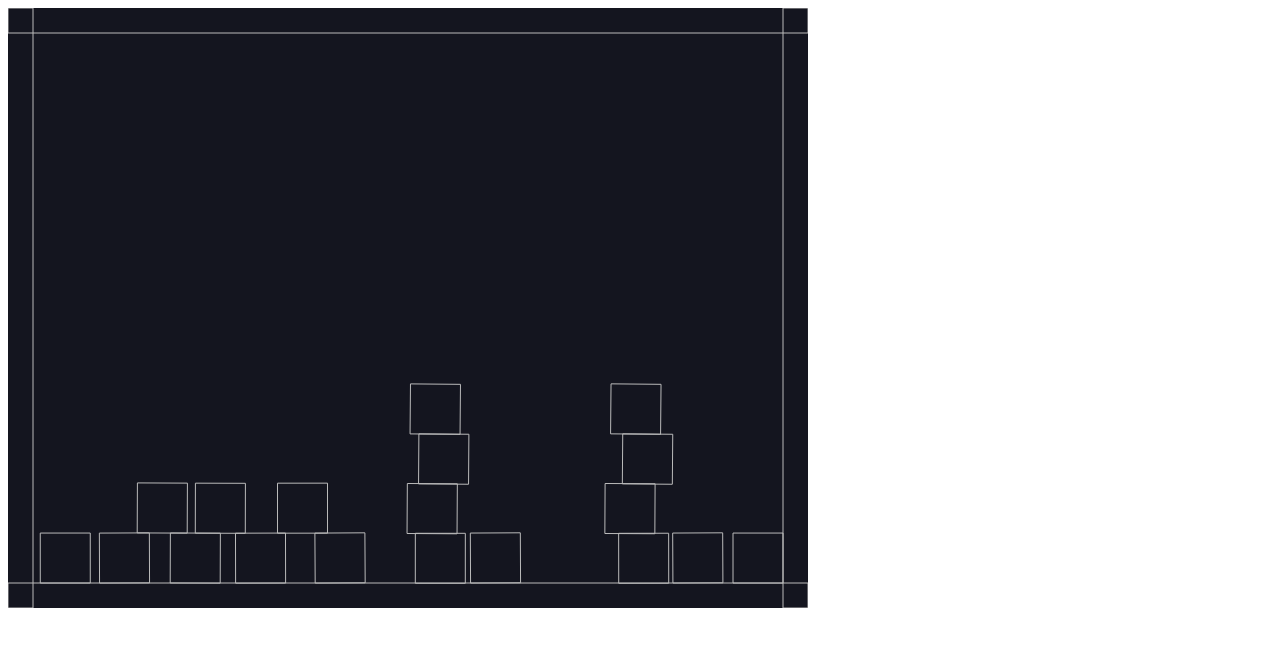
Repository: Sbethm/maze-runner
Page: index.html
These files come from the project's save history. The page is drawn as it stood at one moment and after the next save; the edit follows.
The browser window is 1280 px wide. The pictures show the whole page.
Some web libraries are served in a nearby version.

Above is the page before, as saved 2021-10-01 16:11:04.

### index.html
<!DOCTYPE html>
<html lang="en">
<head>
    <meta charset="UTF-8">
    <meta http-equiv="X-UA-Compatible" content="IE=edge">
    <meta name="viewport" content="width=device-width, initial-scale=1.0">
    <script src="https://cdnjs.cloudflare.com/ajax/libs/matter-js/0.17.1/matter.min.js"></script>
    <title>Maze Runner</title>
</head>
<body>

    <script src="app.js"></script>
</body>
</html>

### app.js
const { Engine, World, Runner, Render, Bodies, MouseConstraint, Mouse} = Matter;

const engine = Engine.create();
const {world} = engine;
const render = Render.create({
    element: document.body,
    engine: engine,
    options: {
        width: 800,
        height: 600
    }
});
Render.run(render);
Runner.run(Runner.create(), engine);

World.add(world, MouseConstraint.create(engine, {
    mouse: Mouse.create(render.canvas)
}));

//====== Shapes
const shape = [
    Bodies.rectangle(50, 200, 50, 50),
    Bodies.rectangle(100, 200, 50, 50),
    Bodies.rectangle(120, 200, 50, 50),
    Bodies.rectangle(450, 200, 50, 50),
    Bodies.rectangle(430, 200, 50, 50),
    Bodies.rectangle(430, 200, 50, 50),
    Bodies.rectangle(430, 200, 50, 50),
    Bodies.rectangle(430, 200, 50, 50),
    Bodies.rectangle(633, 200, 50, 50),
    Bodies.rectangle(630, 200, 50, 50),
    Bodies.rectangle(630, 200, 50, 50),
    Bodies.rectangle(630, 200, 50, 50),
    Bodies.rectangle(630, 200, 50, 50),
    Bodies.rectangle(750, 200, 50, 50),
    Bodies.rectangle(200, 200, 50, 50),
    Bodies.rectangle(200, 200, 50, 50),
    Bodies.rectangle(200, 200, 50, 50),
    Bodies.rectangle(200, 200, 50, 50),
    Bodies.rectangle(200, 200, 50, 50),
]

//====== Walls
const walls = [
    Bodies.rectangle(400, 0, 800, 50, {isStatic: true}),
    Bodies.rectangle(800, 300, 50, 600, {isStatic: true}),
    Bodies.rectangle(400, 600, 800, 50, {isStatic: true}),
    Bodies.rectangle(0, 300, 50, 600, {isStatic: true})
];


World.add(world, shape);
World.add(world, walls);

After the next save:
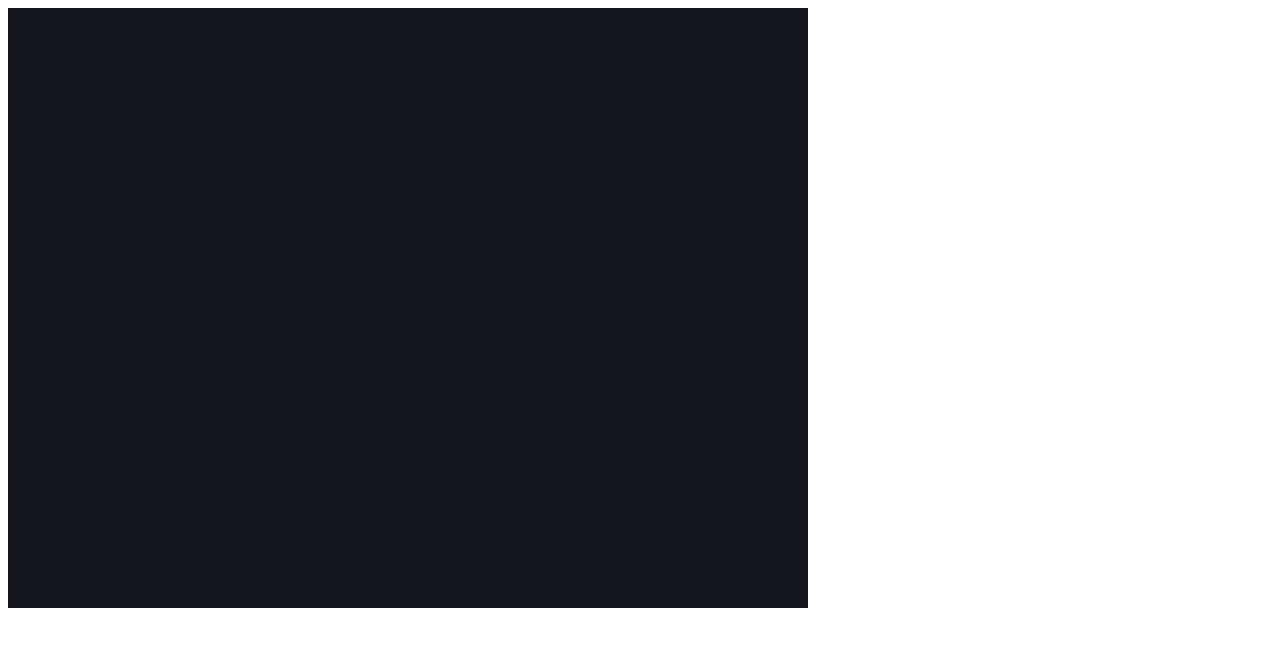
Console error: TypeError: Bodies.ci is not a function
Saved 48 s later.
--- a/app.js
+++ b/app.js
@@ -27,7 +27,7 @@
     Bodies.rectangle(430, 200, 50, 50),
     Bodies.rectangle(430, 200, 50, 50),
     Bodies.rectangle(430, 200, 50, 50),
-    Bodies.rectangle(633, 200, 50, 50),
+    Bodies.ci(633, 200, 50, 50),
     Bodies.rectangle(630, 200, 50, 50),
     Bodies.rectangle(630, 200, 50, 50),
     Bodies.rectangle(630, 200, 50, 50),

After the 2 saves that followed:
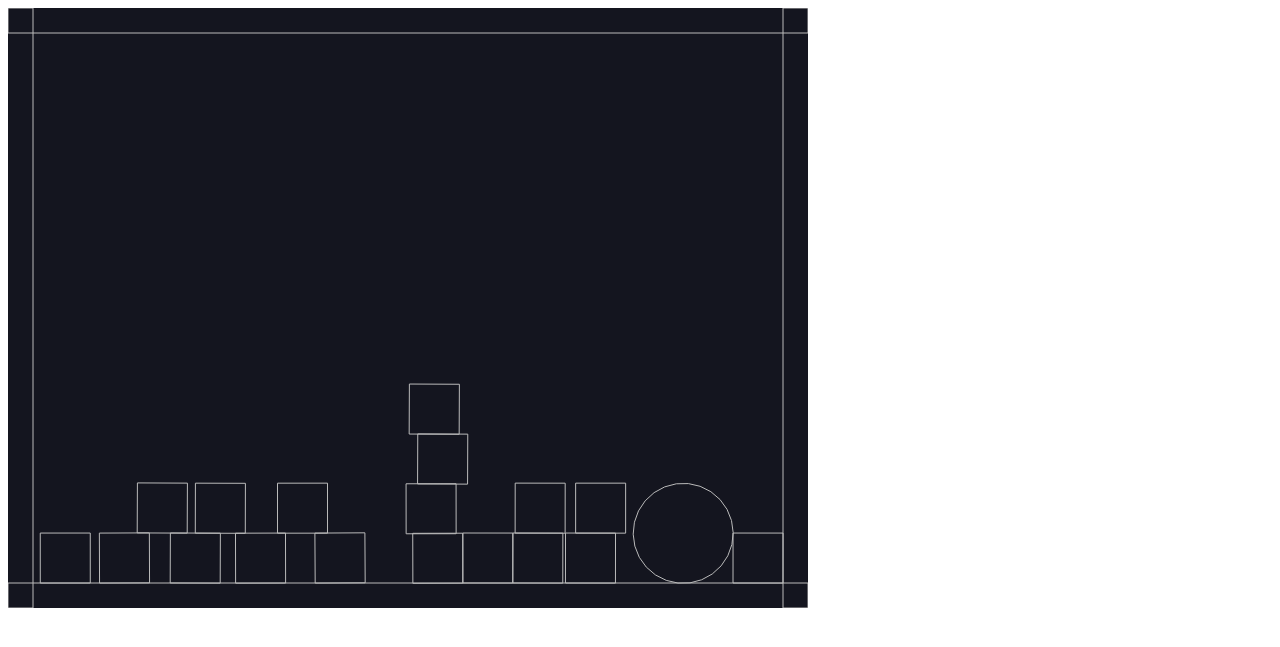
The error is gone.
The 2 saves are shown as one change because they came seconds apart.
The last was saved 5 s later.
--- a/app.js
+++ b/app.js
@@ -27,7 +27,7 @@
     Bodies.rectangle(430, 200, 50, 50),
     Bodies.rectangle(430, 200, 50, 50),
     Bodies.rectangle(430, 200, 50, 50),
-    Bodies.ci(633, 200, 50, 50),
+    Bodies.circle(633, 200, 50, 50),
     Bodies.rectangle(630, 200, 50, 50),
     Bodies.rectangle(630, 200, 50, 50),
     Bodies.rectangle(630, 200, 50, 50),
